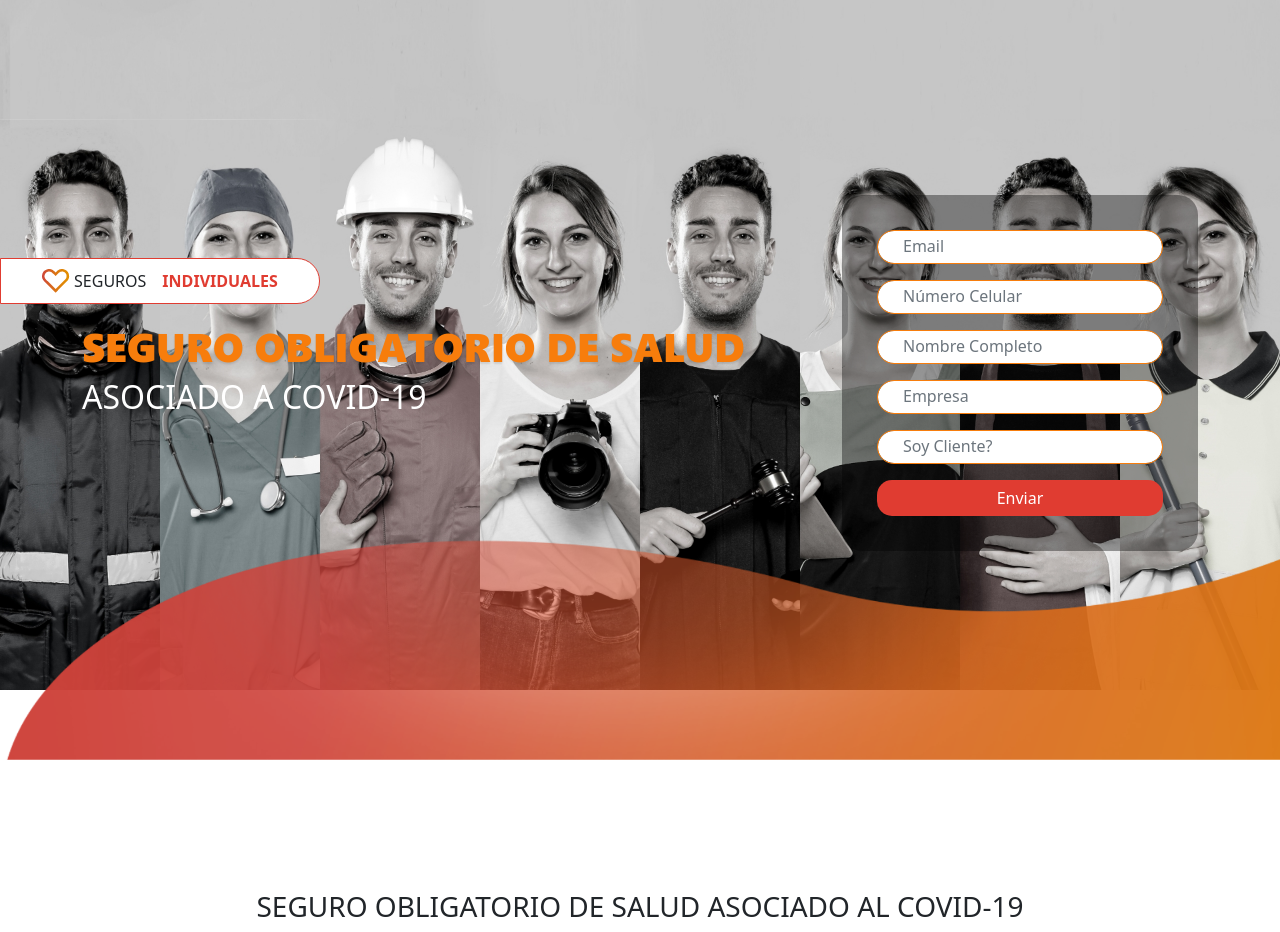
Repository: Darigo30/vidacamara
Page: index.html
An editor plug-in stored every save of this project. The page is shown before and after a run of saves, followed by the edit.
The browser window is 1280 px wide. The pictures show the whole page.
Some web fonts or font styles are not loaded; a fallback is used. Some web libraries are served in a nearby version.

Above is the page before, as saved 2021-07-28 22:40:03.
Not found: assets/js/custom.js

After the next 2 saves:
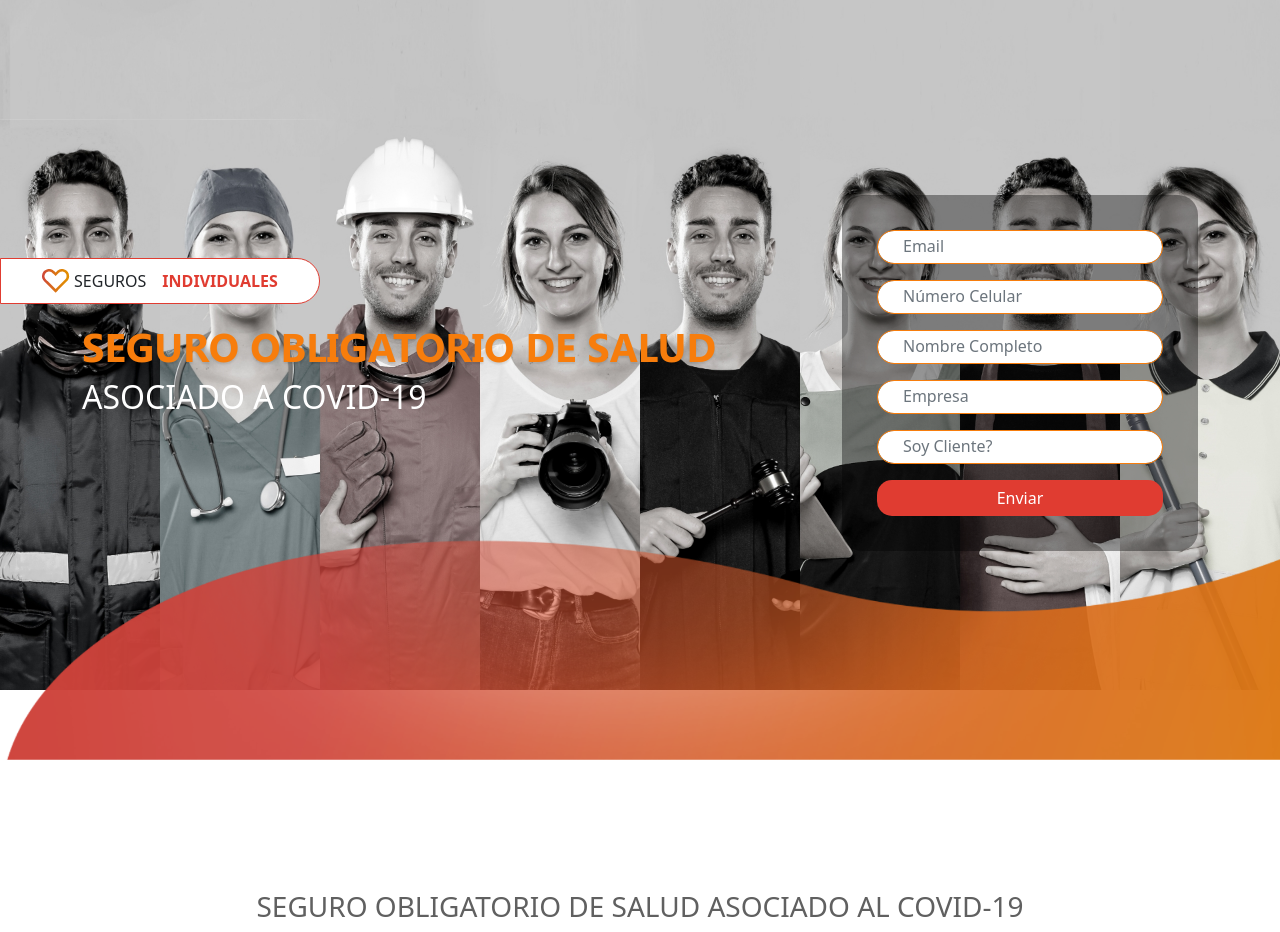
The 2 saves are shown as one change because they came seconds apart.
The last was saved 51 s later.
--- a/css/style.css
+++ b/css/style.css
@@ -36,14 +36,12 @@
     color: var(--color-par);
 }
 h1{
-    font-family: 'Segoe UI Bold';
-    text-transform: uppercase;
-}
-h1{
     font-size: 56px;
     color: var(--color-orange);
     text-shadow: 0px 2px 2px rgba(0, 0, 0, 0.1);
     font-family: 'Segoe UI Black';
+    font-family: 'Segoe UI Bold';
+    text-transform: uppercase;
 }
 h2{
     font-size: 41px;
@@ -51,6 +49,7 @@
 }
 h3{
     font-size: 40px;
+    color: var(--color-grey);
 }
 h4{
     font-size: 30px;
